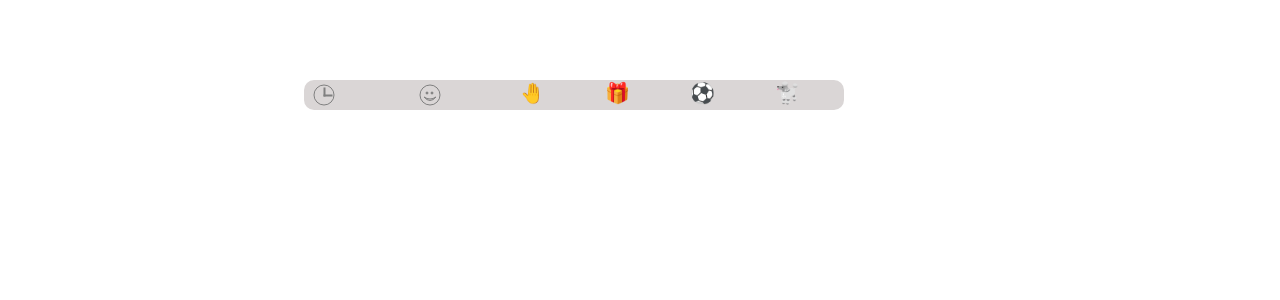
Repository: Gaj123-coder/emoji-search-app
Page: /
These files come from the project's save history. The page is drawn as it stood at one moment and after the next save; the edit follows.
The browser window is 1280 px wide. The pictures show the whole page.
The project was rebuilt for these pictures with package versions that can differ from the ones it lists, and the page was loaded fresh each time.

Above is the page before, as saved 2021-10-30 22:09:33.

After the next save:
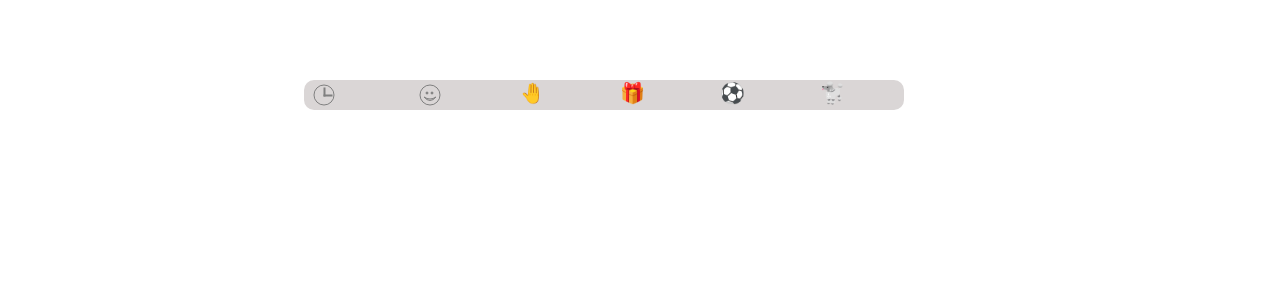
Saved 38 s later.
--- a/src/App.css
+++ b/src/App.css
@@ -1,6 +1,6 @@
 .dec{
   background-color: rgb(218, 214, 214);
-  width: 540px;
+  width: 600px;
   height:30px;
   position: relative;
   left:19rem;
